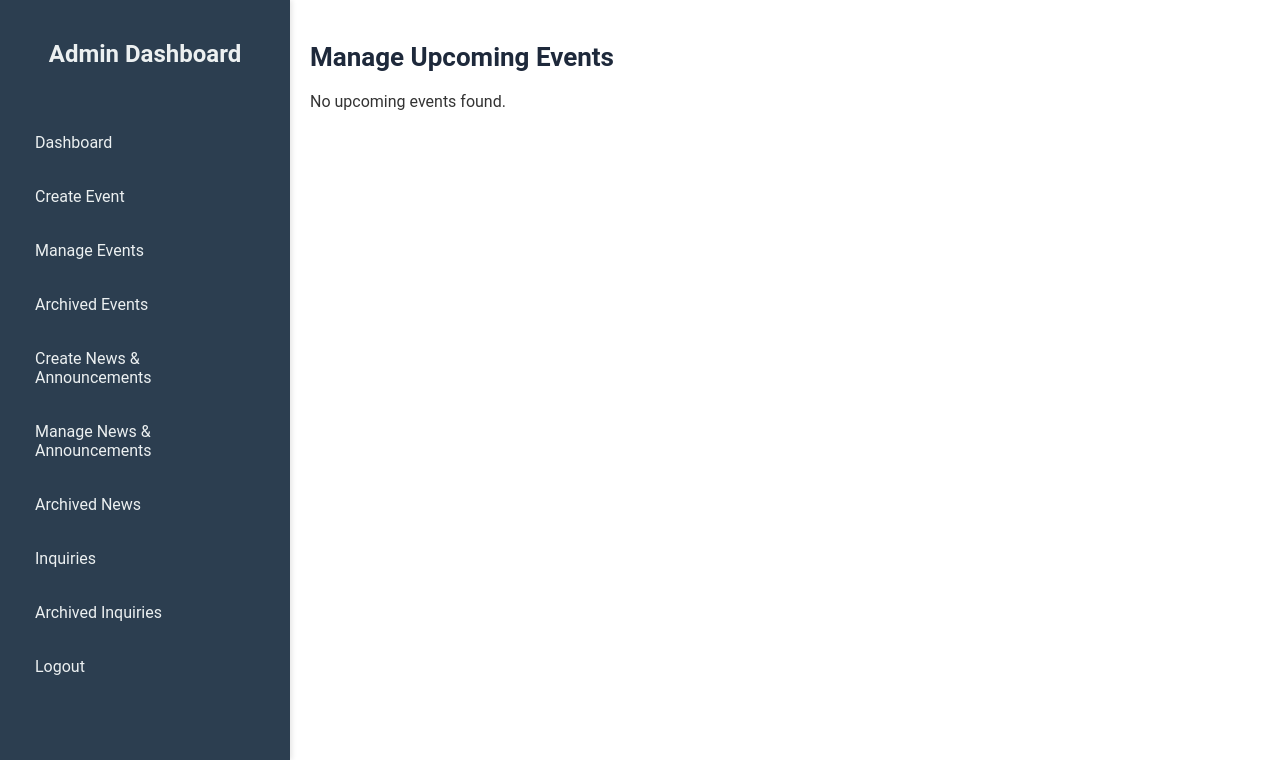
Repository: KharonKade/Capstone
Page: http://localhost/manage_upcoming.php
The author's editor kept a copy of each file at every save. The page is drawn from the files as they stood at one save, then again after the next save.
The browser window is 1280 px wide. The pictures show the whole page.
The page is run by PHP 8.4 with error messages shown; the project is at /var/www/html/. Queries for data that is not in the repository find no rows.

Above is the page before, as saved 2025-04-02 19:47:04.

### manage_upcoming.php
<?php
// Database connection
$conn = new mysqli("localhost", "root", "", "basf_events");
if ($conn->connect_error) {
    die("Connection failed: " . $conn->connect_error);
}

// Handle Archive Action
if (isset($_GET['archive_id'])) {
    $archive_id = intval($_GET['archive_id']);
    $archive_sql = "UPDATE upcoming_events SET status = 'archived' WHERE id = $archive_id";

    if ($conn->query($archive_sql)) {
        header("Location: manage_upcoming.php?message=Event archived successfully");
        exit();
    } else {
        die("Error archiving event: " . $conn->error);
    }
}

$sql = "
    SELECT
        @rownum := @rownum + 1 AS row_num,
        id, event_name, location, category, registration, registration_limit
    FROM upcoming_events, (SELECT @rownum := 0) r
    WHERE status = 'active'
    ORDER BY id DESC
";
$result = $conn->query($sql);
?>

<!DOCTYPE html>
<html lang="en">
<head>
    <meta charset="UTF-8">
    <meta name="viewport" content="width=device-width, initial-scale=1.0">
    <title>Manage Upcoming Events</title>
    <link rel="stylesheet" href="Css/manage_event.css">
</head>
<body>
    <div class="admin-container">
        <nav class="sidebar">
            <h2>Admin Dashboard</h2>
            <ul>
                <li><a href="/dashboard">Dashboard</a></li>
                <li><a href="admin.html">Create Event</a></li>
                <li><a href="manage_upcoming.php">Manage Events</a></li>
                <li><a href="archived_events.php">Archived Events</a></li>
                <li><a href="create_news.html">Create News & Announcements</a></li>
                <li><a href="manage_news.php">Manage News & Announcements</a></li>
                <li><a href="archived_news.php">Archived News</a></li>
                <li><a href="view_inquiries.php">Inquiries</a></li>
                <li><a href="archived_inquiries.php">Archived Inquiries</a></li>
                <li><a href="/logout">Logout</a></li>
            </ul>
        </nav>
        <main class="content">
            <h2>Manage Upcoming Events</h2>
            <?php if ($result->num_rows > 0): ?>
            <table>
                <thead>
                    <tr>
                        <th>ID</th>
                        <th>Event Name</th>
                        <th>Location</th>
                        <th>Category</th>
                        <th>Registration</th>
                        <th>Limit</th>
                        <th>Schedules</th>
                        <th>Actions</th>
                    </tr>
                </thead>
                <tbody>
                    <?php
                    // Initialize a counter for row numbers
                    $row_num = 1;
                    while ($row = $result->fetch_assoc()): ?>
                    <tr>
                        <td><?php echo $row_num++; ?></td> <!-- Display the row number -->
                        <td><?php echo $row['event_name']; ?></td>
                        <td><?php echo $row['location']; ?></td>
                        <td><?php echo ucfirst($row['category']); ?></td>
                        <td><?php echo $row['registration'] == 1 ? 'Enabled' : 'Disabled'; ?></td>
                        <td><?php echo $row['registration_limit'] ?? 'Unlimited'; ?></td>
                        <td>
                            <?php
                            // Fetch schedules for the event
                            $schedule_sql = "SELECT * FROM event_schedules WHERE event_id = " . $row['id'];
                            $schedule_result = $conn->query($schedule_sql);
                            if ($schedule_result->num_rows > 0) {
                                while ($schedule = $schedule_result->fetch_assoc()) {
                                    echo "Date: " . $schedule['event_date'] . "<br>";
                                    echo "Start: " . $schedule['start_time'] . "<br>";
                                    echo "End: " . $schedule['end_time'] . "<br><hr>";
                                }
                            } else {
                                echo "No schedules found.";
                            }
                            ?>
                        </td>
                        <td>
                            <a href="view_event.php?id=<?php echo $row['id']; ?>">View</a> |
                            <a href="edit_event.php?id=<?php echo $row['id']; ?>">Edit</a> |
                            <a href="delete_event.php?id=<?php echo $row['id']; ?>" onclick="return confirm('Are you sure you want to delete this event?');">Delete</a> |
                            <a href="archive_event.php?id=<?php echo $row['id']; ?>" onclick="return confirm('Archive this event?')">Archive</a>
                        </td>
                    </tr>
                    <?php endwhile; ?>
                </tbody>
            </table>
            <?php else: ?>
            <p>No upcoming events found.</p>
            <?php endif; ?>
        </main>
    </div>
</body>
</html>

<?php $conn->close(); ?>

### Css/manage_event.css
/* Global Styles */
body {
    margin: 0;
    font-family: 'Roboto', Arial, sans-serif;
    background-color: #f5f7fa;
    color: #333;
}

/* Admin Container */
.admin-container {
    display: flex;
    min-height: 100vh;
}

/* Sidebar */
.sidebar {
    width: 250px;
    background: #2c3e50;
    color: #ecf0f1;
    padding: 20px;
    box-shadow: 2px 0 5px rgba(0, 0, 0, 0.1);
    display: flex;
    flex-direction: column;
    gap: 20px;
    position: fixed; /* Keeps it fixed */
    left: 0;
    top: 0;
    height: 100vh; /* Ensures full height */
    overflow-y: auto; /* Allows scrolling inside the sidebar if needed */
}

.sidebar h2 {
    text-align: center;
    font-size: 1.5rem;
    margin-bottom: 20px;
}

.sidebar ul {
    list-style: none;
    padding: 0;
    margin: 0;
}

.sidebar ul li {
    margin: 15px 0;
}

.sidebar ul li a {
    text-decoration: none;
    color: #ecf0f1;
    padding: 10px 15px;
    display: block;
    border-radius: 5px;
    transition: background 0.3s;
}

.sidebar ul li a:hover {
    background: #34495e;
}

/* Main Content */
.content {
    margin-left: 290px; /* Pushes content to the right */
    flex-grow: 1;
    padding: 20px;
    background-color: #fff;
    box-shadow: -2px 0 5px rgba(0, 0, 0, 0.1);
    overflow-y: auto; /* Allows content to scroll */
    min-height: 100vh; /* Ensures content fills viewport */
}

.content h2 {
    font-size: 26px;
    color: #1e293b;
    margin-bottom: 20px;
}

/* Table */
table {
    width: 100%;
    border-collapse: collapse;
    margin-bottom: 20px;
    box-shadow: 0 2px 10px rgba(0, 0, 0, 0.1);
    background-color: #fff;
    border-radius: 8px;
    overflow: hidden;
}

table thead {
    background-color: #1e293b;
    color: #fff;
}

table th,
table td {
    padding: 12px 15px;
    text-align: left;
    border-bottom: 1px solid #e2e8f0;
}

table th {
    font-size: 14px;
    text-transform: uppercase;
}

table tbody tr:hover {
    background-color: #f1f5f9;
}

table td:last-child {
    white-space: nowrap;
}

table td a {
    text-decoration: none;
    color: #0ea5e9;
    margin-right: 10px;
    transition: color 0.3s;
}

table td a:hover {
    color: #0369a1;
}

/* Responsive Design */
@media (max-width: 768px) {
    .sidebar {
        width: 200px;
    }

    .content {
        padding: 15px;
    }

    table {
        font-size: 14px;
    }
}

After the next save:
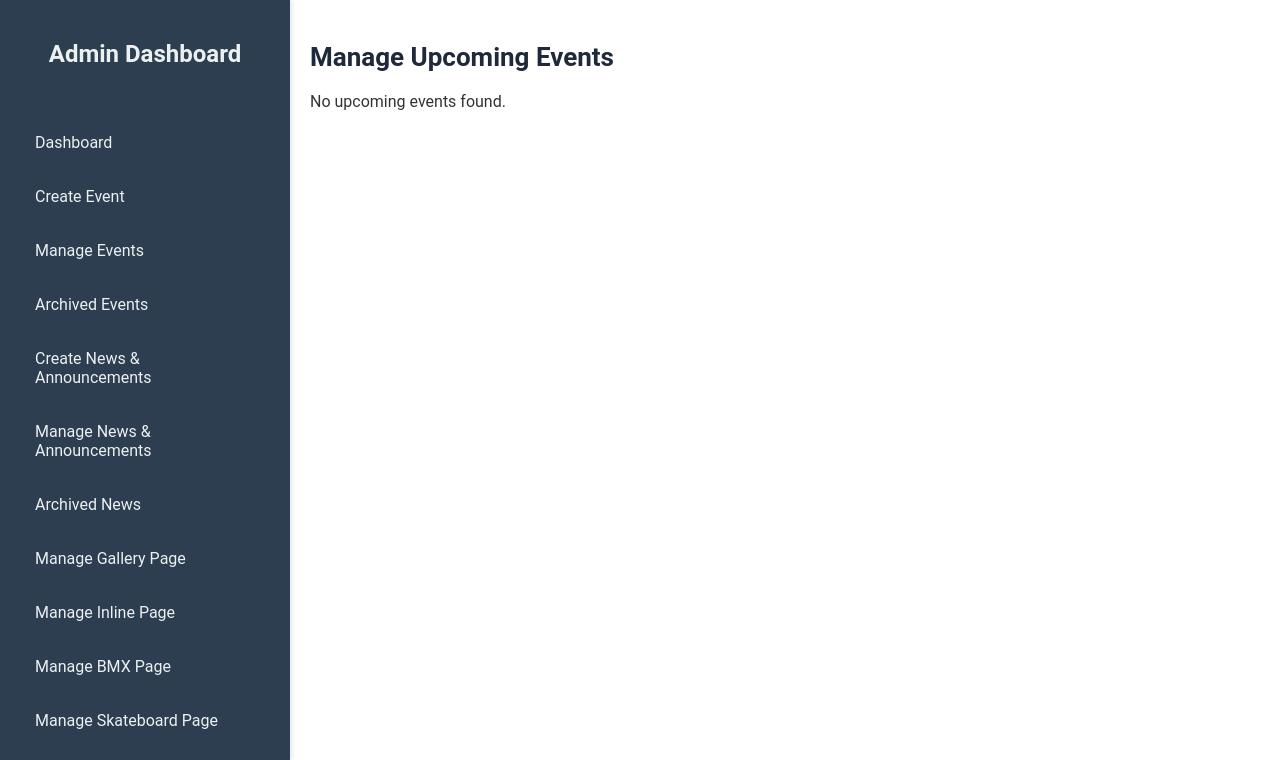
Saved 44 s later.
--- a/manage_upcoming.php
+++ b/manage_upcoming.php
@@ -49,6 +49,10 @@ $result = $conn->query($sql);
                 <li><a href="create_news.html">Create News & Announcements</a></li>
                 <li><a href="manage_news.php">Manage News & Announcements</a></li>
                 <li><a href="archived_news.php">Archived News</a></li>
+                <li><a href="admin_gallery.php">Manage Gallery Page</a></li>
+                <li><a href="editInlinePage.php">Manage Inline Page</a></li>
+                <li><a href="editBmxPage.php">Manage BMX Page</a></li>
+                <li><a href="editSkateboardPage.php">Manage Skateboard Page</a></li>
                 <li><a href="view_inquiries.php">Inquiries</a></li>
                 <li><a href="archived_inquiries.php">Archived Inquiries</a></li>
                 <li><a href="/logout">Logout</a></li>
